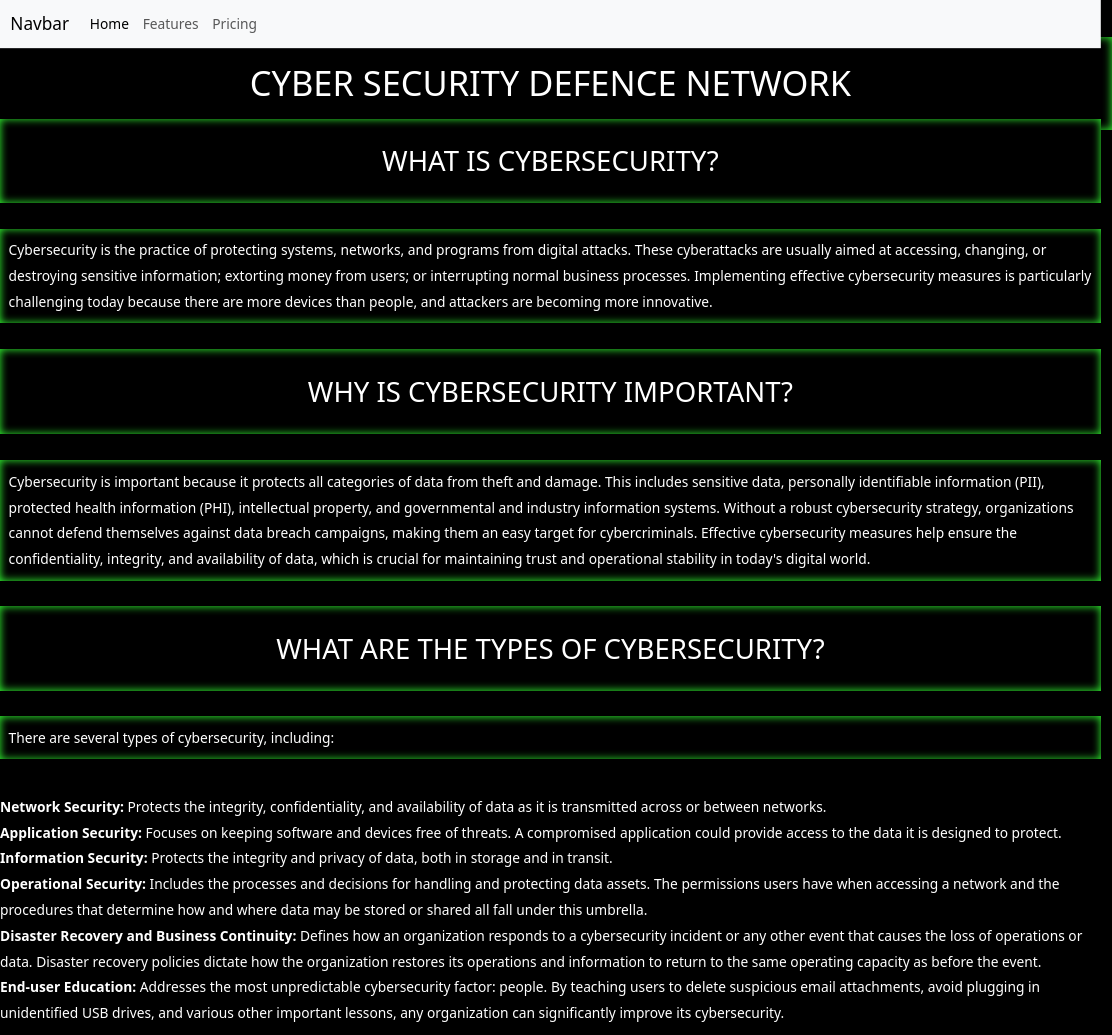
Repository: newworldhost/nwh
Page: index.html
The author's editor kept a copy of each file at every save. The page is drawn from the files as they stood at one save, then again after a run of saves.
The browser window is 1280 px wide. The page is 1293 px wide, so the pictures cover 1293 px, including what lies to the right of the window. The pictures show the whole page, at 86% of full size.

Above is the page before, as saved 2025-03-04 16:08:11.

After the next 2 saves:
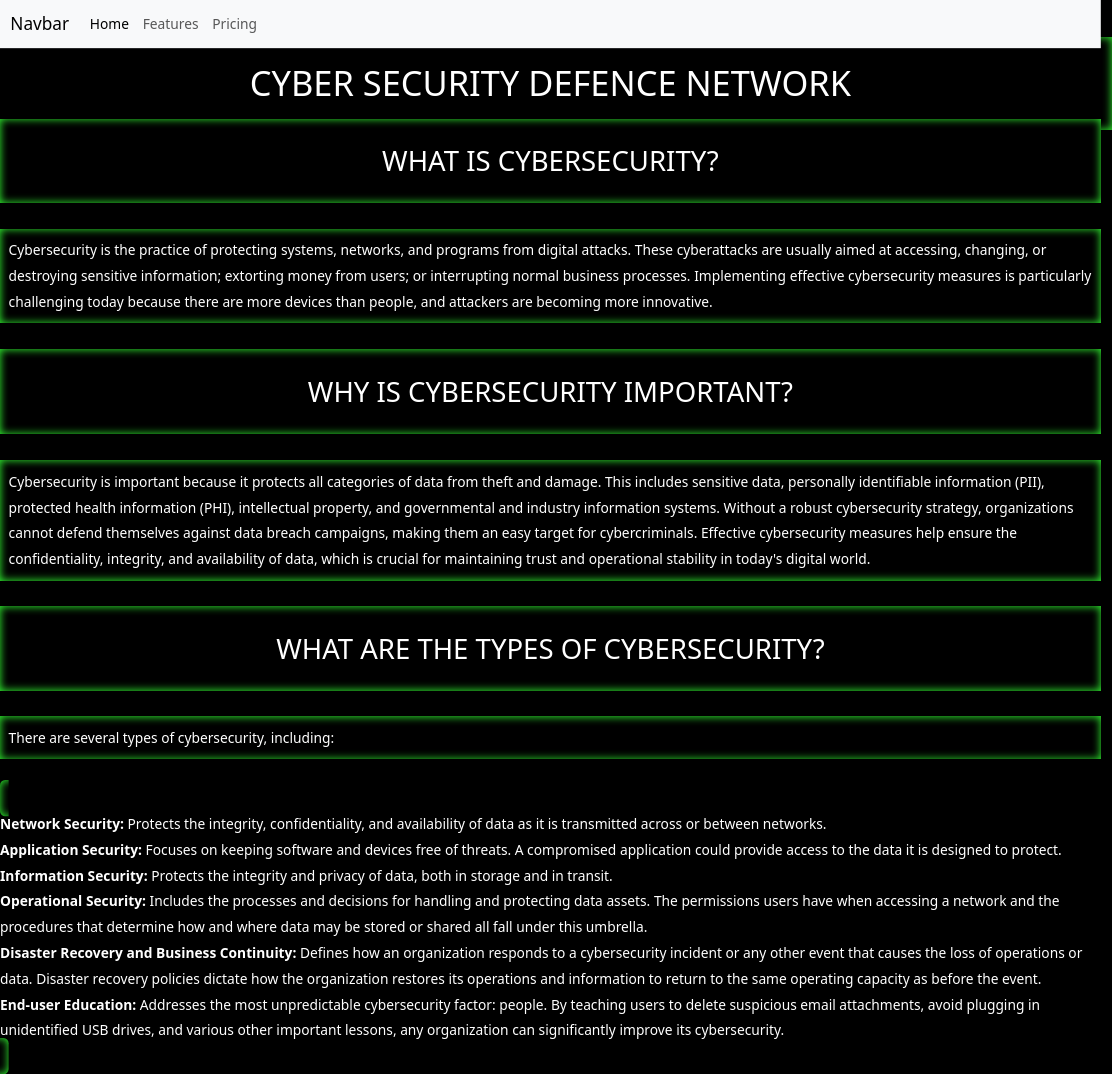
The 2 saves are shown as one change because they came seconds apart.
The last was saved 7 s later.
--- a/style.css
+++ b/style.css
@@ -36,7 +36,7 @@
     list-style-type: none;
     display: inline;
 }
-#types {
+.list-group {
     background-color: black;
     color: white;
     padding: 10px;

After the save that followed:
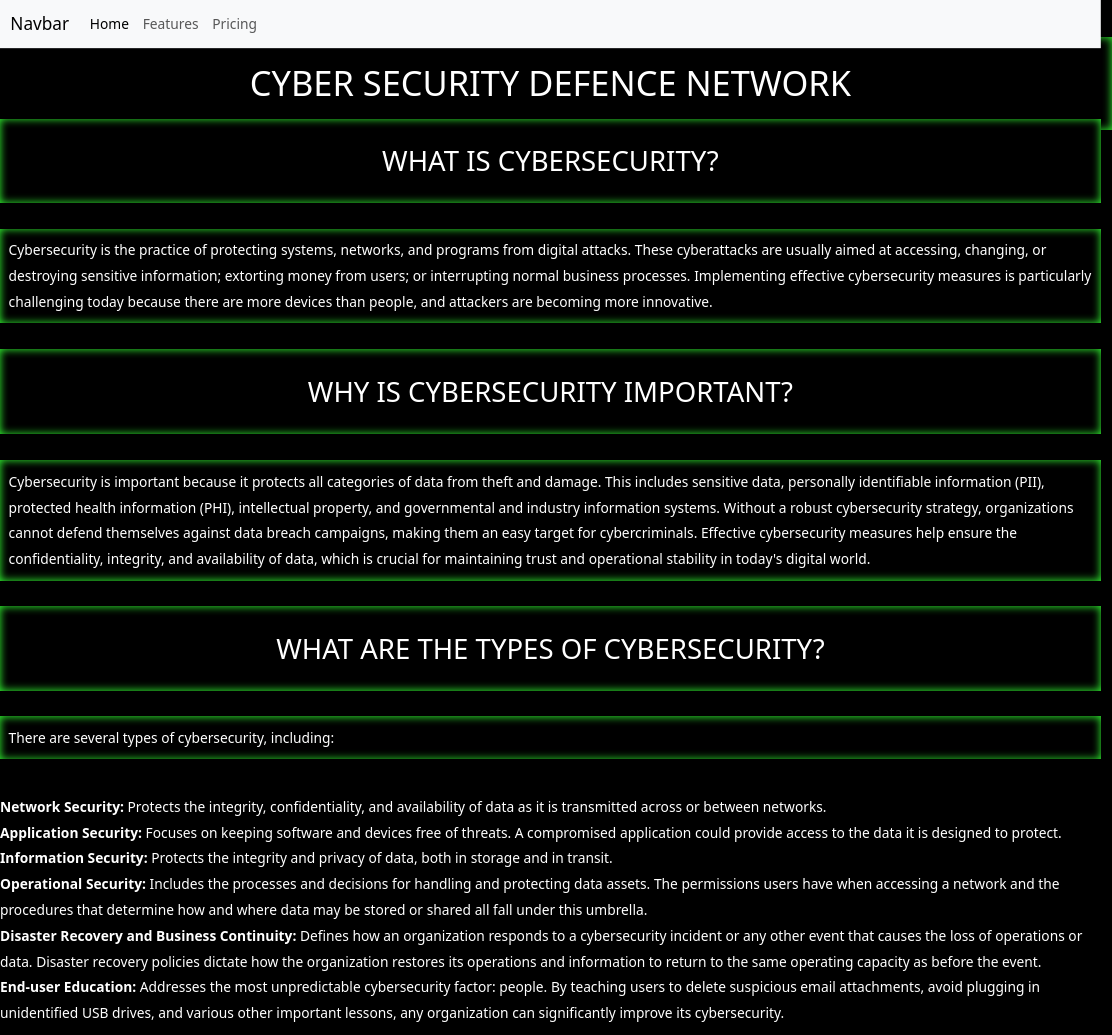
Saved 5 s later.
--- a/style.css
+++ b/style.css
@@ -36,7 +36,7 @@
     list-style-type: none;
     display: inline;
 }
-.list-group {
+.list-group-item {
     background-color: black;
     color: white;
     padding: 10px;
